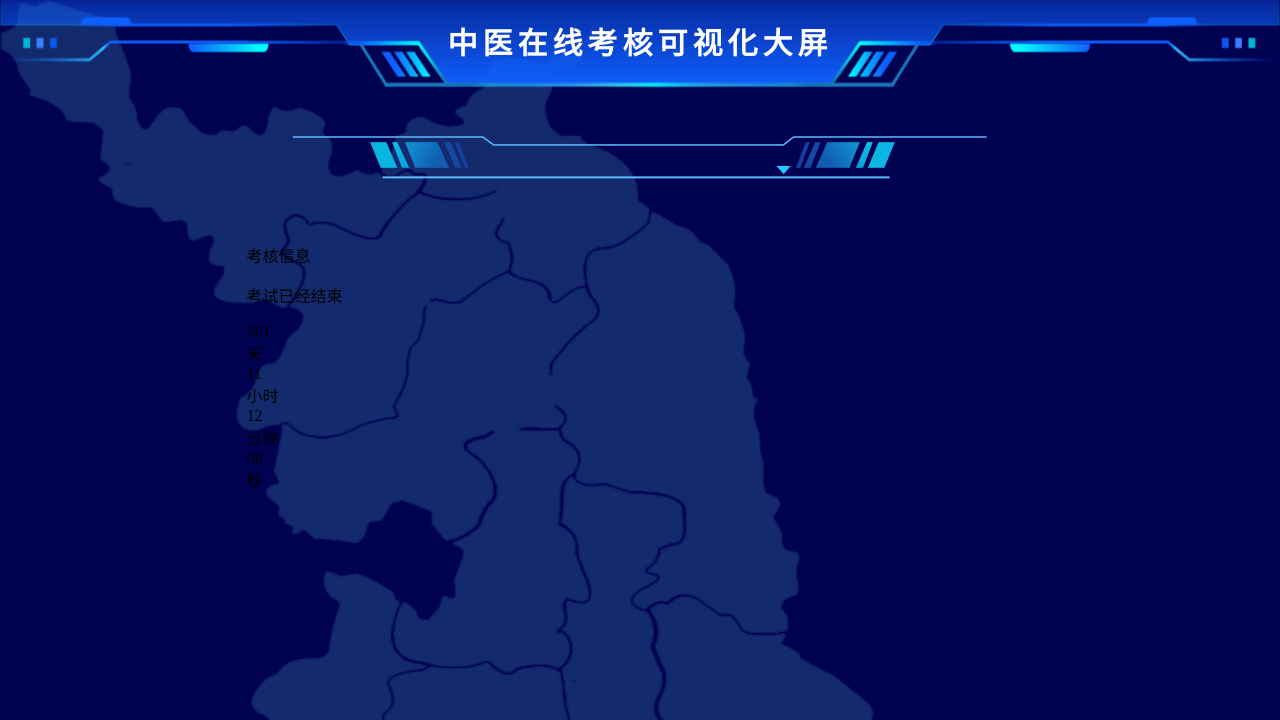
Repository: krislorem/medicine-online-datascreen-vue
Page: /
These files come from the project's save history. The page is drawn as it stood at one moment and after the next save; the edit follows.
The browser window is 1280 px wide. The pictures show the whole page.
The project was rebuilt for these pictures with package versions that can differ from the ones it lists, and the page was loaded fresh each time. Also part of the build but not shown: vite.config.ts.

Above is the page before, as saved 2024-12-04 11:49:45.
Console error (its wording comes from the project's code and is left out).

After the next save:
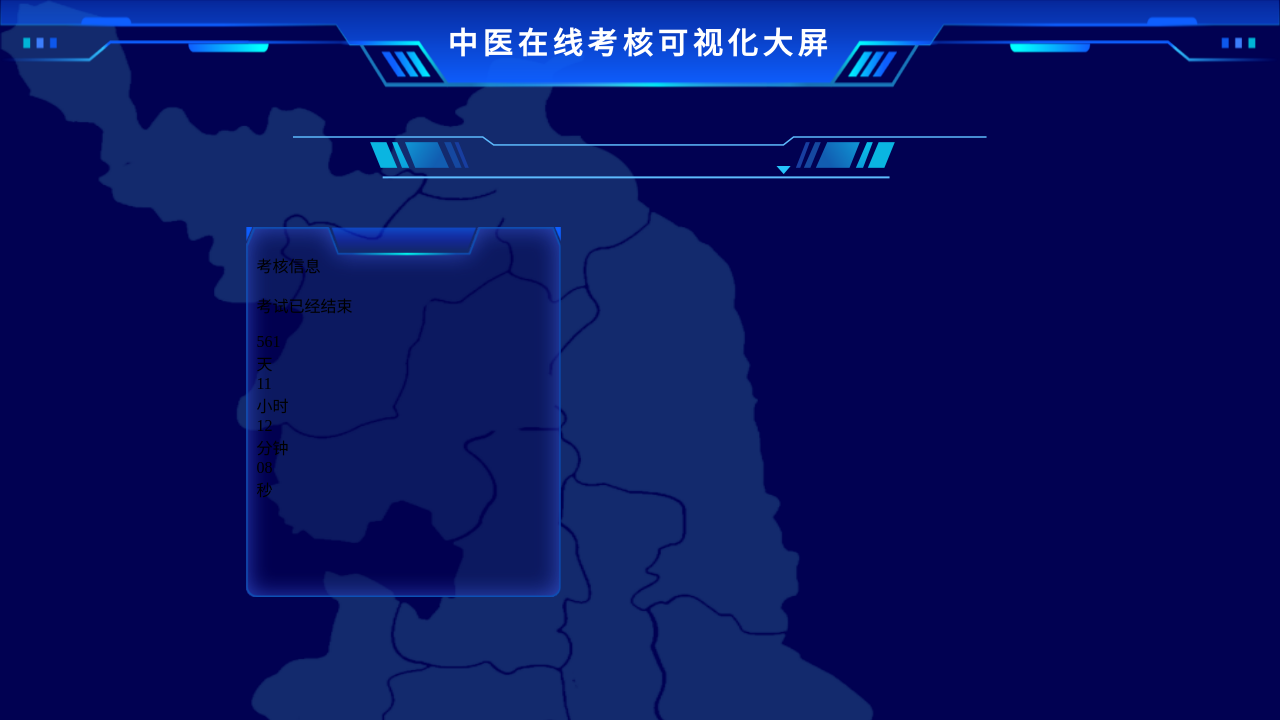
Saved 47 s later.
--- a/src/views/HomeView.vue
+++ b/src/views/HomeView.vue
@@ -116,6 +116,18 @@ body {
   width: 23%;
   height: 100%;
 }
+
+#all-info #left .item-1 {
+  margin-bottom: 20px;
+}
+
+#all-info #left .item {
+  height: 44%;
+  width: 100%;
+  padding: 10px;
+  background-image: url(/kuang2.png);
+  background-size: 100% 100%;
+}
 </style>
 <script setup lang="ts">
 import * as echarts from 'echarts';
